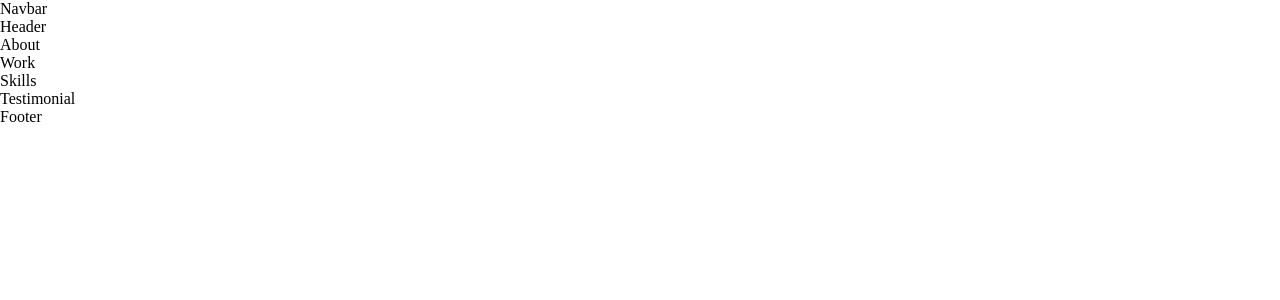
Repository: 61ZM07H36R3ML1N/Portfolio-JS
Page: / (app in frontend_react/)
An editor plug-in stored every save of this project. The page is shown before and after the next save, followed by the edit.
The browser window is 1280 px wide. The pictures show the whole page.
The project was rebuilt for these pictures with package versions that can differ from the ones it lists, and the page was loaded fresh each time. Also part of the build but not shown: frontend_react/src/container/About/About.scss, frontend_react/src/container/Header/Header.scss, frontend_react/src/container/Skills/Skills.scss, frontend_react/src/container/Work/Work.scss, frontend_react/src/components/Navbar/Navbar.scss.

Above is the page before, as saved 2022-10-09 23:03:23.

### frontend_react/src/App.js
import React from 'react';

import {
  About,
  Footer,
  Header,
  Skills,
  Testimonial,
  Work,
} from './container';
import { Navbar } from './components';

const App = () => {
  return (
    <div className="app">
      <Navbar />
      <Header />
      <About />
      <Work />
      <Skills />
      <Testimonial />
      <Footer />
    </div>
  );
};

export default App;

### frontend_react/src/index.css
@import url("https://fonts.googleapis.com/css2?family=DM+Sans:wght@400;500;700&display=swap");

:root {
    --font-base: "DM Sans", sans-serif;

    --primary-color: #edf2f8;
    --secondary-color: #313bac;
    --black-color: #030303;
    --lightGray-color: #e4e4e4;
    --gray-color: #6b7688;
    --brown-color: #46364a;
    --white-color: #ffffff;

}

*{
    box-sizing: border-box;
    padding: 0;
    margin: 0;
    scroll-behavior: smooth;
}

### frontend_react/src/container/About/About.jsx
import React from 'react';

import './About.scss';

const About = () => {
  return <div>About</div>;
};

export default About;

### frontend_react/src/container/Footer/Footer.jsx
import React from 'react';

import './Footer.scss';

const Footer = () => {
  return <div>Footer</div>;
};

export default Footer;

### frontend_react/src/container/Header/Header.jsx
import React from 'react';

import './Header.scss';

const Header = () => {
  return <div>Header</div>;
};

export default Header;

### frontend_react/src/container/Skills/Skills.jsx
import React from 'react';

import './Skills.scss';

const Skills = () => {
  return <div>Skills</div>;
};

export default Skills;

### frontend_react/src/container/Testimonial/Testimonial.jsx
import React from 'react';

import './Testimonial.scss';

const Testimonial = () => {
  return <div>Testimonial</div>;
};

export default Testimonial;

### frontend_react/src/container/Work/Work.jsx
import React from 'react';

import './Work.scss';

const Work = () => {
  return <div>Work</div>;
};

export default Work;

### frontend_react/src/components/Navbar/Navbar.jsx
import React from 'react';

import './Navbar.scss';

const Navbar = () => {
  return <div>Navbar</div>;
};

export default Navbar;

### frontend_react/src/App.scss
.app {
    background-color: var(--primary-color);
    font-family: var(--font-base);
  }

  .app__whitebg {
    background-color: var(--white-color);
  }

  .app__primarybg {
    background-color: var(--primary-color);
  }

  .app__container {
    width: 100%;
    min-height: 100vh;

    display: flex;
    flex-direction: row;
  }

  .app__flex {
    display: flex;
    justify-content: center;
    align-items: center;
  }

  .app__wrapper {
    flex: 1;
    width: 100%;
    flex-direction: column;
    padding: 4rem 2rem;

    @media screen and (max-width: 450px) {
      padding: 4rem 1rem 2rem;
    }
  }

  .copyright {
    width: 100%;
    padding: 2rem 0 0;

    display: flex;
    flex-direction: column;
    justify-content: flex-end;
    align-items: flex-end;

    p {
      text-transform: uppercase;
      color: var(--black-color);
    }
  }

  .head-text {
    font-size: 2.75rem;
    font-weight: 800;
    text-align: center;
    color: var(--black-color);
    text-transform: capitalize;

    span {
      color: var(--secondary-color);
    }

    @media screen and (min-width: 2000px) {
      font-size: 4rem;
    }

    @media screen and (max-width: 450px) {
      font-size: 2rem;
    }
  }

  .p-text {
    font-size: 0.8rem;
    text-align: left;
    color: var(--gray-color);
    line-height: 1.5;

    @media screen and (min-width: 2000px) {
      font-size: 1.75rem;
    }
  }

  .bold-text {
    font-size: 1rem;
    font-weight: 800;
    color: var(--black-color);
    text-align: left;

    @media screen and (min-width: 2000px) {
      font-size: 2rem;
    }

    @media screen and (max-width: 450px) {
      font-size: 0.9rem;
    }
  }

  .app__social {
    display: flex;
    justify-content: flex-end;
    align-items: center;
    flex-direction: column;

    padding: 1rem;

    div {
      width: 40px;
      height: 40px;
      border-radius: 50%;
      background-color: var(--white-color);
      margin: 0.25rem 0;
      border: 1px solid var(--lightGray-color);

      display: flex;
      justify-content: center;
      align-items: center;

      transition: all 0.3s ease-in-out;

      svg {
        width: 15px;
        height: 15px;
        color: var(--gray-color);
      }

      &:hover {
        background-color: var(--secondary-color);
        border-color: var(--secondary-color);

        svg {
          color: var(--white-color);
        }
      }

      @media screen and (min-width: 2000px) {
        width: 70px;
        height: 70px;

        margin: 0.5rem 0;

        svg {
          width: 30px;
          height: 30px;
        }
      }
    }
  }

  .app__navigation {
    display: flex;
    justify-content: center;
    align-items: center;
    flex-direction: column;

    padding: 1rem;

    .app__navigation-dot {
      width: 10px;
      height: 10px;
      border-radius: 50%;
      background-color: #cbcbcb;
      margin: 0.5rem;

      transition: background-color 0.2s ease-in-out;

      &:hover {
        background-color: var(--secondary-color);
      }

      @media screen and (min-width: 2000px) {
        width: 20px;
        height: 20px;
      }
    }
  }

  @media screen and (max-width: 500px) {
    .app__navigation,
    .app__social {
      display: none;
    }

    .copyright {
      padding: 2rem;
    }
  }

Loaded but not shown: frontend_react/public/index.html (common file); frontend_react/src/index.js (common file); frontend_react/src/container/index.js (common file); frontend_react/src/components/index.js (common file); frontend_react/src/container/Footer/Footer.scss (no stored copy; drawn as an empty file); frontend_react/src/container/Testimonial/Testimonial.scss (no stored copy; drawn as an empty file)

After the next save:
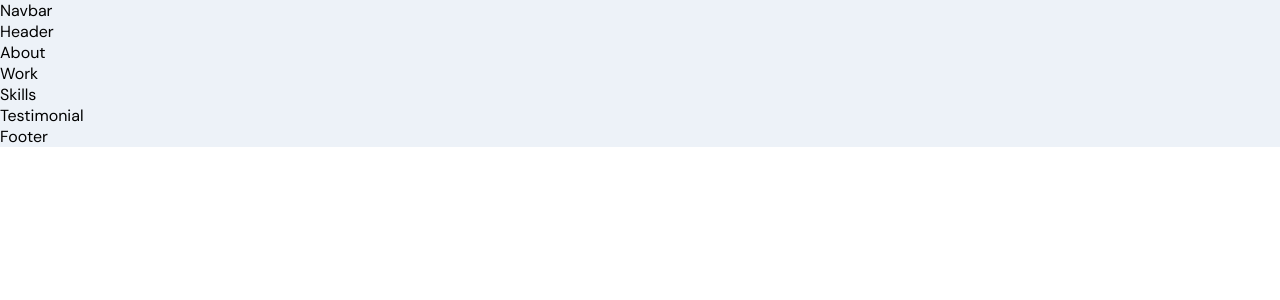
Saved 108 s later.
--- a/frontend_react/src/App.js
+++ b/frontend_react/src/App.js
@@ -9,6 +9,7 @@
   Work,
 } from './container';
 import { Navbar } from './components';
+import './App.scss';
 
 const App = () => {
   return (
